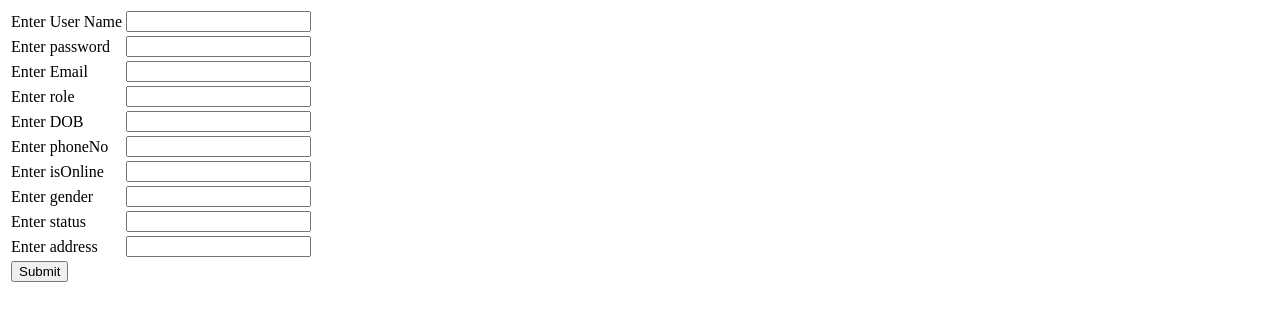
Repository: 123poornima/UpdatedSecondProject
Page: frontendPro/WebContent/_user/register.html
These files come from the project's save history. The page is drawn as it stood at one moment and after the next save; the edit follows.
The browser window is 1280 px wide. The pictures show the whole page.

Above is the page before, as saved 2016-12-15 09:15:50.

### frontendPro/WebContent/_user/register.html
<!DOCTYPE html>
<html>
<head>
<meta charset="ISO-8859-1">
<title>Insert title here</title>
</head>
<body>
<table>
<tr>

<td>Enter User Name</td>
<td><input type="text" ng-model="user.username"></td>
</tr>
<tr>
<td>Enter password</td>
<td><input type="text" ng-model="user.password"></td>
</tr>

<tr>
<td>Enter Email</td>
<td><input type="text" ng-model="user.email"></td>
</tr>

<tr>
<td>Enter role</td>
<td><input type="text" ng-model="user.role"></td>
</tr>

<tr>
<td>Enter DOB</td>
<td><input type="text" ng-model="user.dob"></td>
</tr>

<tr>
<td>Enter phoneNo</td>
<td><input type="text" ng-model="user.phoneNo"></td>
</tr>



<tr>
<td>Enter isOnline</td>
<td><input type="text" ng-model="user.isOnline"></td>
</tr>

<tr>
<td>Enter gender</td>
<td><input type="text" ng-model="user.gender"></td>
</tr>



<tr>
<td>Enter status</td>
<td><input type="text" ng-model="user.status"></td>
</tr>

<tr>
	<td>Enter address</td>
	<td><input type="text" ng-model="user.address"></td>
</tr>

<tr>
	<td><input type="submit" ng-click="save()"></td>
</tr>
</table>
</body>
</html>

After the next save:
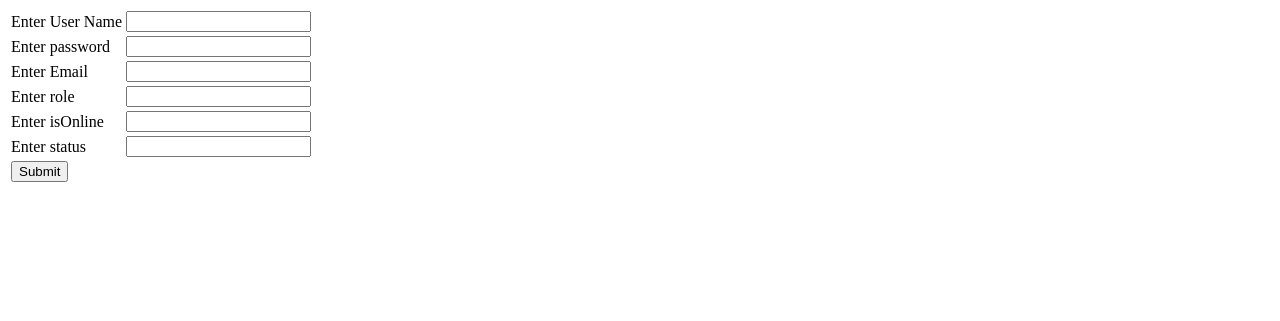
Saved 28 s later.
--- a/frontendPro/WebContent/_user/register.html
+++ b/frontendPro/WebContent/_user/register.html
@@ -26,15 +26,8 @@
 <td><input type="text" ng-model="user.role"></td>
 </tr>
 
-<tr>
-<td>Enter DOB</td>
-<td><input type="text" ng-model="user.dob"></td>
-</tr>
 
-<tr>
-<td>Enter phoneNo</td>
-<td><input type="text" ng-model="user.phoneNo"></td>
-</tr>
+
 
 
 
@@ -43,10 +36,7 @@
 <td><input type="text" ng-model="user.isOnline"></td>
 </tr>
 
-<tr>
-<td>Enter gender</td>
-<td><input type="text" ng-model="user.gender"></td>
-</tr>
+
 
 
 
@@ -55,10 +45,7 @@
 <td><input type="text" ng-model="user.status"></td>
 </tr>
 
-<tr>
-	<td>Enter address</td>
-	<td><input type="text" ng-model="user.address"></td>
-</tr>
+
 
 <tr>
 	<td><input type="submit" ng-click="save()"></td>
